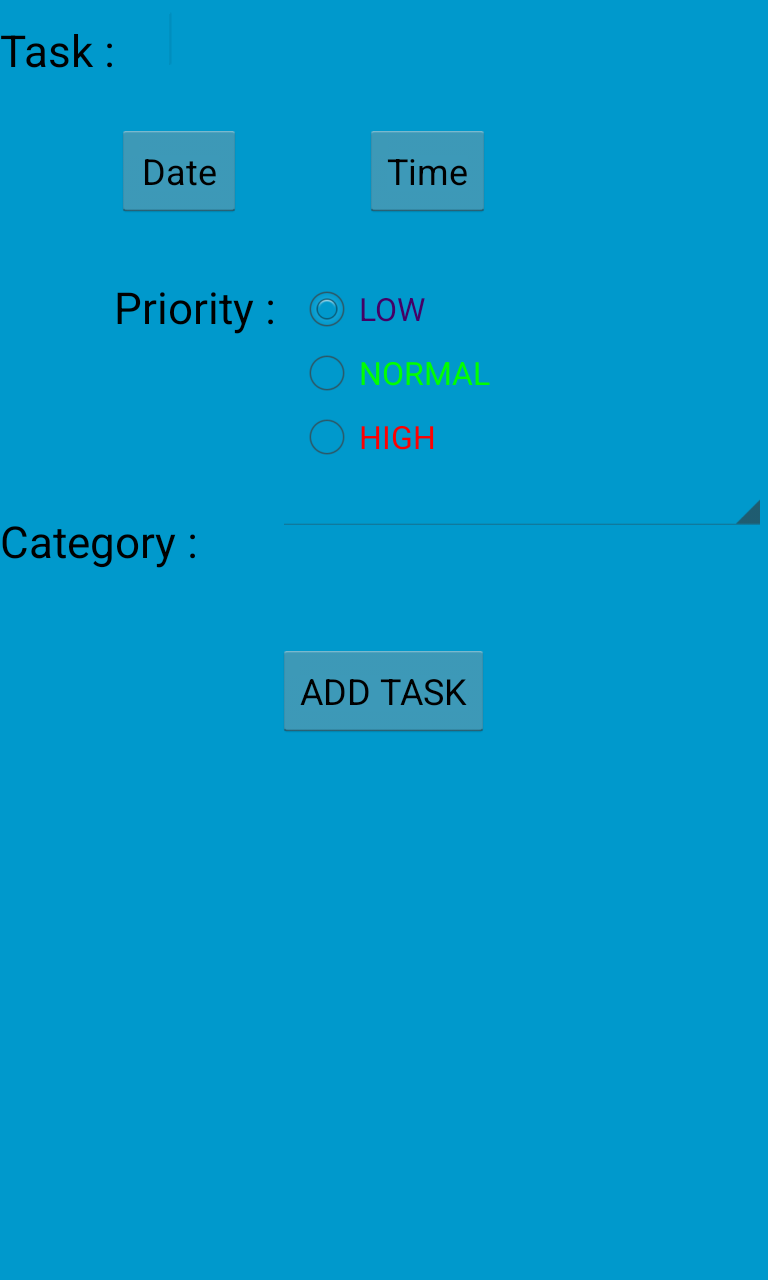
Repository: satyadarls/ToDo
Layout: ToDo/res/layout/customdialog_layout.xml
These files come from the project's save history. The layout is drawn as it stood at one moment and after the next save; the edit follows.
It is drawn on a 768 x 1280 px phone screen (xhdpi) without system bars, with theme AppTheme; the app's code is not run.

Above is the layout before, as saved 2014-07-07 20:29:57.

After the next save:
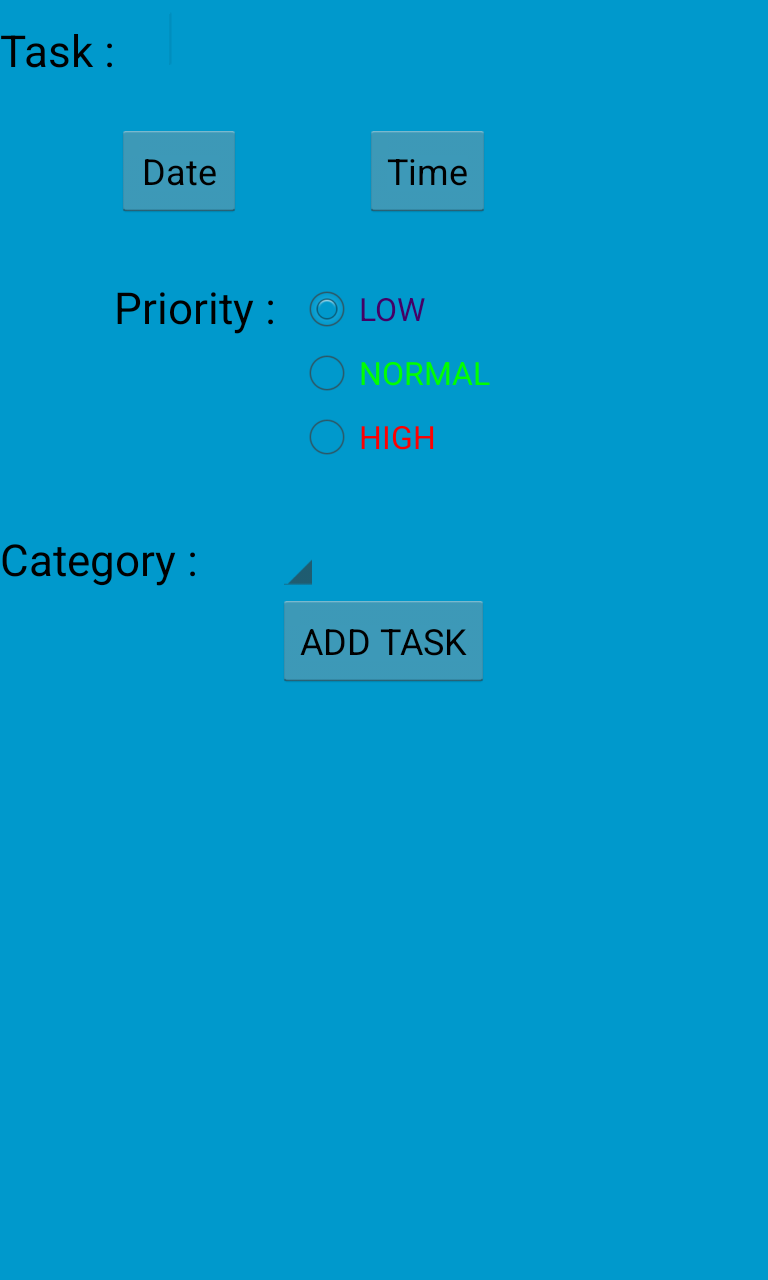
Saved 3 min 22 s later.
--- a/ToDo/res/layout/customdialog_layout.xml
+++ b/ToDo/res/layout/customdialog_layout.xml
@@ -85,22 +85,13 @@
         android:text="Priority :"
         android:textAppearance="?android:attr/textAppearanceLarge" />
 
-    <Button
-        android1:id="@+id/dialogButton"
-        android1:layout_width="wrap_content"
-        android1:layout_height="wrap_content"
-        android1:layout_below="@+id/radioGroup1"
-        android1:layout_centerHorizontal="true"
-        android1:layout_marginTop="87dp"
-        android1:text="ADD TASK" />
-
     <TextView
         android1:id="@+id/textView3"
         android1:layout_width="wrap_content"
         android1:layout_height="wrap_content"
         android1:layout_alignParentLeft="true"
         android1:layout_below="@+id/radioGroup1"
-        android1:layout_marginTop="21dp"
+        android1:layout_marginTop="30dp"
         android1:text="Category :"
         android1:textAppearance="?android:attr/textAppearanceLarge" />
 
@@ -108,8 +99,15 @@
         android1:id="@+id/spinnercategory"
         android1:layout_width="wrap_content"
         android1:layout_height="wrap_content"
-        android1:layout_alignLeft="@+id/dialogButton"
-        android1:layout_alignParentRight="true"
-        android1:layout_below="@+id/radioGroup1" />
+        android1:layout_alignTop="@+id/textView3"
+        android1:layout_toRightOf="@+id/textView2" />
+
+    <Button
+        android1:id="@+id/dialogButton"
+        android1:layout_width="wrap_content"
+        android1:layout_height="wrap_content"
+        android1:layout_below="@+id/spinnercategory"
+        android1:layout_centerHorizontal="true"
+        android1:text="ADD TASK" />
 
 </RelativeLayout>
